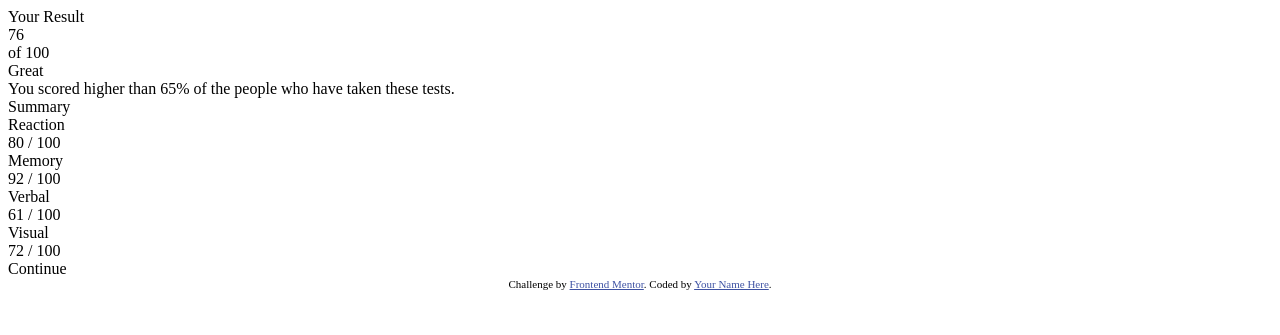
Repository: deptraicogisainao/First-challenge
Page: results-summary-component-main/index.html
The author's editor kept a copy of each file at every save. The page is drawn from the files as they stood at one save, then again after the next save.
The browser window is 1280 px wide. The pictures show the whole page.

Above is the page before, as saved 2023-04-12 14:42:30.

### results-summary-component-main/index.html
<!DOCTYPE html>
<html lang="en">
<head>
  <meta charset="UTF-8">
  <meta name="viewport" content="width=device-width, initial-scale=1.0"> <!-- displays site properly based on user's device -->

  <link rel="icon" type="image/png" sizes="32x32" href="./assets/images/favicon-32x32.png">

  <title>Frontend Mentor | Results summary component</title>

  <!-- Feel free to remove these styles or customise in your own stylesheet 👍 -->
  <style>
    .attribution { font-size: 11px; text-align: center; }
    .attribution a { color: hsl(228, 45%, 44%); }
  </style>
</head>
<body>

<div class="wrapper">
  <div class="result">
    <div class="heading">Your Result</div>
    <div class="score">
      <div class="score1">76</div>
      <div class="score2">of 100</div>
    </div>
    <div class="rating">Great</div>
    <div class="comment"> You scored higher than 65% of the people who have taken these tests.</div>
  </div>
  <div class="summary">
    <div class="heading">
      Summary</div>
    <div class="details">
      <div class="details1">
        <div class="reaction">Reaction</div>
        <div class="score1">
          80 / 100</div>
      </div>
      <div class="details2">
        <div class="memory"> Memory</div>
        <div class="score2">  92 / 100</div>
      </div>
      <div class="details3">
        <div class="verbal"> Verbal</div>
        <div class="score3">
          61 / 100</div>
      </div>
      <div class="details4">
        <div class="visual"> Visual</div>
        <div class="score4">  72 / 100</div>
      </div>




    </div>
    <div class="continue">Continue</div>
  </div>
</div>
























  <div class="attribution">
    Challenge by <a href="https://www.frontendmentor.io?ref=challenge" target="_blank">Frontend Mentor</a>.
    Coded by <a href="#">Your Name Here</a>.
  </div>
</body>
</html>

Loaded but not shown: results-summary-component-main/style.css (no stored copy; drawn as an empty file)

After the next save:
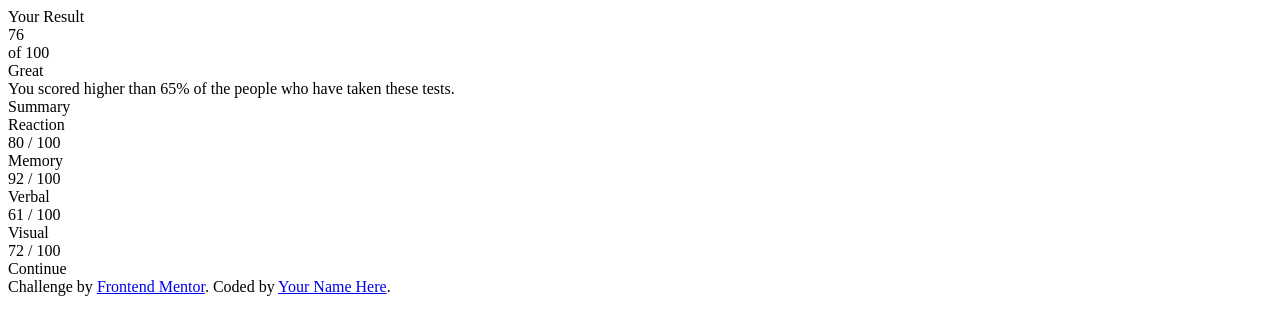
Saved 11 min 56 s later.
--- a/results-summary-component-main/index.html
+++ b/results-summary-component-main/index.html
@@ -1,88 +1,68 @@
 <!DOCTYPE html>
 <html lang="en">
-<head>
-  <meta charset="UTF-8">
-  <meta name="viewport" content="width=device-width, initial-scale=1.0"> <!-- displays site properly based on user's device -->
+  <head>
+    <meta charset="UTF-8" />
+    <meta name="viewport" content="width=device-width, initial-scale=1.0" />
+    <!-- displays site properly based on user's device -->
 
-  <link rel="icon" type="image/png" sizes="32x32" href="./assets/images/favicon-32x32.png">
+    <link
+      rel="icon"
+      type="image/png"
+      sizes="32x32"
+      href="./assets/images/favicon-32x32.png"
+    />
 
-  <title>Frontend Mentor | Results summary component</title>
+    <title>Frontend Mentor | Results summary component</title>
 
-  <!-- Feel free to remove these styles or customise in your own stylesheet 👍 -->
-  <style>
+    <!-- Feel free to remove these styles or customise in your own stylesheet 👍 -->
+    <!-- <style>
     .attribution { font-size: 11px; text-align: center; }
     .attribution a { color: hsl(228, 45%, 44%); }
-  </style>
-</head>
-<body>
+  </style> -->
+    <link rel="stylesheet" href="./style.css">
+  </head>
+  <body>
+    <div class="wrapper">
+      <div class="result">
+        <div class="heading">Your Result</div>
+        <div class="score">
+          <div class="score1">76</div>
+          <div class="score2">of 100</div>
+        </div>
+        <div class="rating">Great</div>
+        <div class="comment">
+          You scored higher than 65% of the people who have taken these tests.
+        </div>
+      </div>
+      <div class="summary">
+        <div class="heading">Summary</div>
+        <div class="details">
+          <div class="details1">
+            <div class="reaction">Reaction</div>
+            <div class="score1">80 / 100</div>
+          </div>
+          <div class="details2">
+            <div class="memory">Memory</div>
+            <div class="score2">92 / 100</div>
+          </div>
+          <div class="details3">
+            <div class="verbal">Verbal</div>
+            <div class="score3">61 / 100</div>
+          </div>
+          <div class="details4">
+            <div class="visual">Visual</div>
+            <div class="score4">72 / 100</div>
+          </div>
+        </div>
+        <div class="continue">Continue</div>
+      </div>
+    </div>
 
-<div class="wrapper">
-  <div class="result">
-    <div class="heading">Your Result</div>
-    <div class="score">
-      <div class="score1">76</div>
-      <div class="score2">of 100</div>
+    <div class="attribution">
+      Challenge by
+      <a href="https://www.frontendmentor.io?ref=challenge" target="_blank"
+        >Frontend Mentor</a
+      >. Coded by <a href="#">Your Name Here</a>.
     </div>
-    <div class="rating">Great</div>
-    <div class="comment"> You scored higher than 65% of the people who have taken these tests.</div>
-  </div>
-  <div class="summary">
-    <div class="heading">
-      Summary</div>
-    <div class="details">
-      <div class="details1">
-        <div class="reaction">Reaction</div>
-        <div class="score1">
-          80 / 100</div>
-      </div>
-      <div class="details2">
-        <div class="memory"> Memory</div>
-        <div class="score2">  92 / 100</div>
-      </div>
-      <div class="details3">
-        <div class="verbal"> Verbal</div>
-        <div class="score3">
-          61 / 100</div>
-      </div>
-      <div class="details4">
-        <div class="visual"> Visual</div>
-        <div class="score4">  72 / 100</div>
-      </div>
-
-
-
-
-    </div>
-    <div class="continue">Continue</div>
-  </div>
-</div>
-
-
-
-
-
-
-
-
-
-
-
-
-
-
-
-
-
-
-
-
-
-
-
-
-  <div class="attribution">
-    Challenge by <a href="https://www.frontendmentor.io?ref=challenge" target="_blank">Frontend Mentor</a>.
-    Coded by <a href="#">Your Name Here</a>.
-  </div>
-</body>
+  </body>
 </html>
